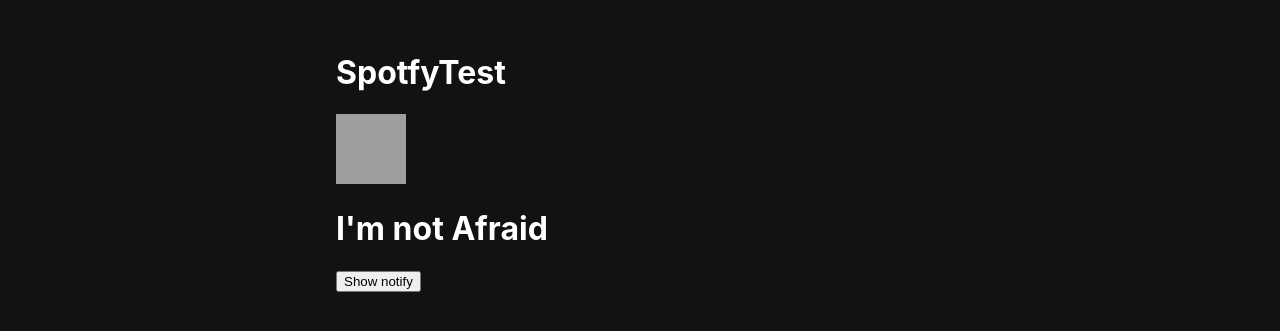
Repository: Andr3Souza/SpotfyProject
Page: src/index.html
The author's editor kept a copy of each file at every save. The page is drawn from the files as they stood at one save, then again after the next save.
The browser window is 1280 px wide. The pictures show the whole page.
Pictures or frames that could not be fetched are drawn as grey boxes.

Above is the page before, as saved 2020-07-23 20:16:49.

After the next save:
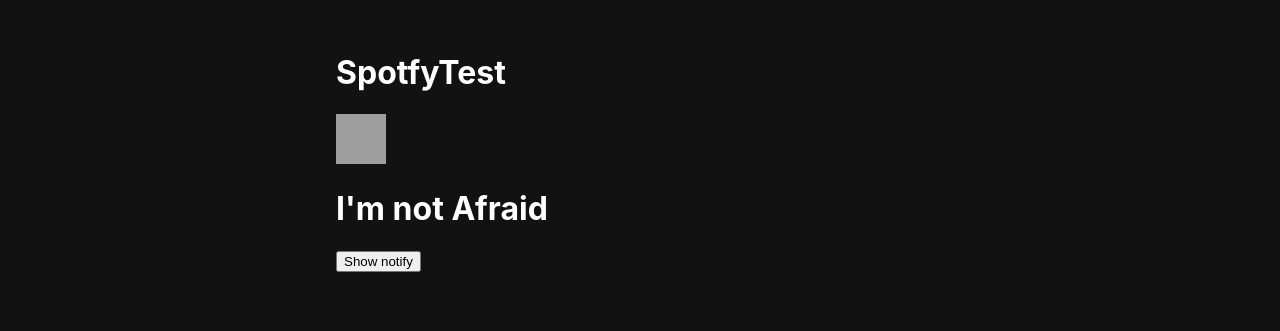
Saved 11 s later.
--- a/src/index.html
+++ b/src/index.html
@@ -10,7 +10,7 @@
     <h1>SpotfyTest</h1>
     <div class="musicBorder">
       <img
-        style="width: 70px; height: 70px;"
+        style="width: 50px; height: 50px;"
         src="https://m.media-amazon.com/images/M/MV5BMzkxMzkzZTUtMjY2OS00MmEyLTlmYTgtMGY1ZGQ1N2JjMTRhXkEyXkFqcGdeQXVyNDQ5MDYzMTk@._V1_.jpg"
       />
       <h1 class="musicTitle">
